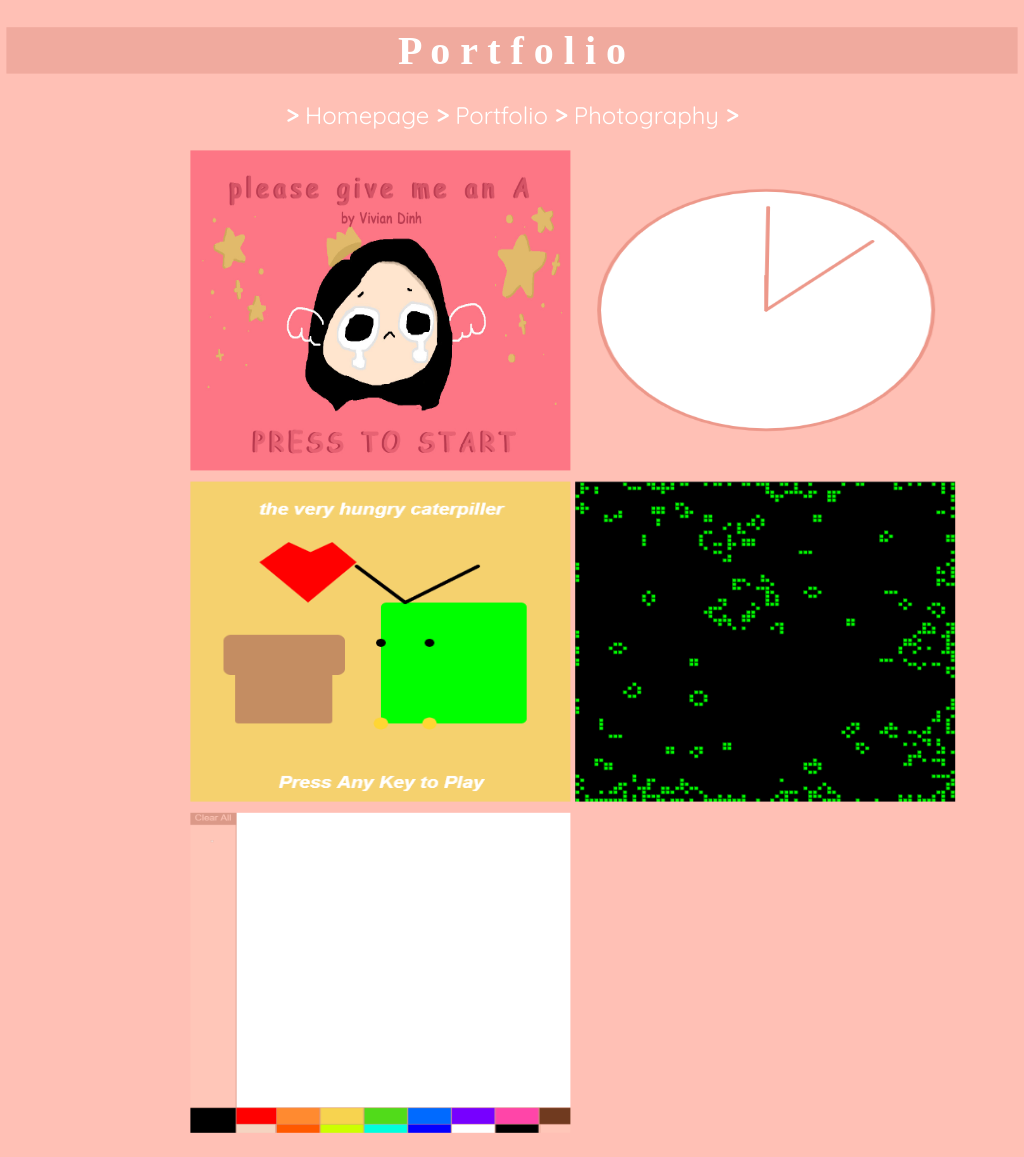
Repository: VivianVDinh/VivianVDinh.github.io
Page: projects.html
The author's editor kept a record of every edit. The page is drawn from the files as they stood at one moment, then again after the next edit.
The browser window is 1280 px wide. The pictures show the whole page, at 80% of full size.
Some web fonts or font styles are not loaded; a fallback is used.

Above is the page before.

### projects.html
<!DOCTYPE html>
<head>
        <link rel="icon" type ="image/png" href="https://i.pinimg.com/originals/df/4a/2b/df4a2b66a2f10b898e36772e7d087e24.jpg">
        <title>ᕕ( ᐛ )ᕗ</title>
        <link href="https://fonts.googleapis.com/css?family=Mrs+Sheppards&display=swap" rel="stylesheet">
        <link href="https://fonts.googleapis.com/css?family=Quicksand&display=swap" rel="stylesheet">
        <link href="https://fonts.googleapis.com/css?family=Homemade+Apple&display=swap" rel="stylesheet">
        <link rel="stylesheet" type="text/css" href="style.css">
        <style type="text/css">
            A:link { COLOR: white; TEXT-DECORATION: none; font-weight: normal }
            A:visited { COLOR:white; TEXT-DECORATION: none; font-weight: 100}
            A:active { COLOR: white; TEXT-DECORATION: none }
            A:hover { COLOR:#f0aa9e; TEXT-DECORATION: none; font-weight:100}
        </style>
</head>
<body>
<header>
        <h1 class="poop">P o r t f o l i o</h1>
    </header>
    <p>
       <h2 class="navbar">
       >
       <a href = "./index.html">
            Homepage
        </a>
        >
        <a href = "./projects.html">
            Portfolio
        </a>
        >
        <a href = "./photos.html">
            Photography
        </a>
        >
        </h2>
    </p>
    <p style = "margin-left:230px;">
        <a href = "./flappyBird.html">
           <img src = "./img/poopNachos.jpg">
        </a>
        <a href = "./tikTok.html">
            <img src = "./img/clock.png">
        </a>
        <a href = "./snek.html">
            <img src ="./img/snakey.png"
        </a>
        <a href = "./lifetheboardgame.html">
            <img src = "./img/life.png"
            </a>
        <a href = "./drawingapp.html">
            <img src = "./img/drawing.png">
        </a>
    </p>
    <style>
        img{
            height:400px;
            width:475px;
        }
    </style>
</body>

### style.css
header{
    background-color:#f0aa9e;
    }
body{
    background-color:#ffc0b5;
    font-family: 'Homemade Apple', cursive;
    }
.poop{
    font-family: 'Mrs Sheppards', cursive;
    color:white;
    font-size:50px;
    text-align:center;
    }
.navbar{
    font-family: 'Quicksand', sans-serif;
    text-align: center;
    color:white;
    font-size:30px;
    }
#movedown{
    position: relative;
    }
#gamer{
    position: relative;
    left:50px;
    }
#border{
    border-color:#f0aa9e;
    border-left-style:solid;
    border-left-width:15px;
    border-bottom-color:#f0aa9e;
    border-bottom-style:solid;
    border-bottom-width:7px;
    }
.winkwonk{
    font-family: 'Homemade Apple', cursive;
    color:white;
    position: relative;
    margin-left:75px;
    text-shadow: 5px 1px #f0aa9e;
    font-size:25px;
    }
.greeting{
    color:white;
    position: relative;
    text-shadow: 5px 1px #f0aa9e;
    text-align:center;
}
#me{
    text-align:center;
    font-family: 'Homemade Apple', cursive;
    color:white;
    position: relative;
    text-shadow: 5px 1px #f0aa9e;
}

.woah{
    font-family: 'Homemade Apple', cursive;
    color:white;
    position: relative;
    text-shadow: 5px 1px #f0aa9e;
    font-size:25px;
    margin-left:570px;
}
.wack{
    font-family: 'Homemade Apple', cursive;
    color:white;
    position: relative;
    text-shadow: 5px 1px #f0aa9e;
    font-size:25px;
    margin-left:550px;
}
#news{
    margin-left:2000px;
    position:relative;
    top:100px;
}
#reee{
    position:relative;
    bottom:220px;
    left:50px;

}
#bg{
    background-color:#f0aa9e;
}
.wow{
            padding: 0;
            margin: 0;
}
.fit { /* set relative picture size */
            max-width: 100%;
            max-height: 100%;
}
.center {
            display: block;
            margin: auto;
        }

After the next edit:
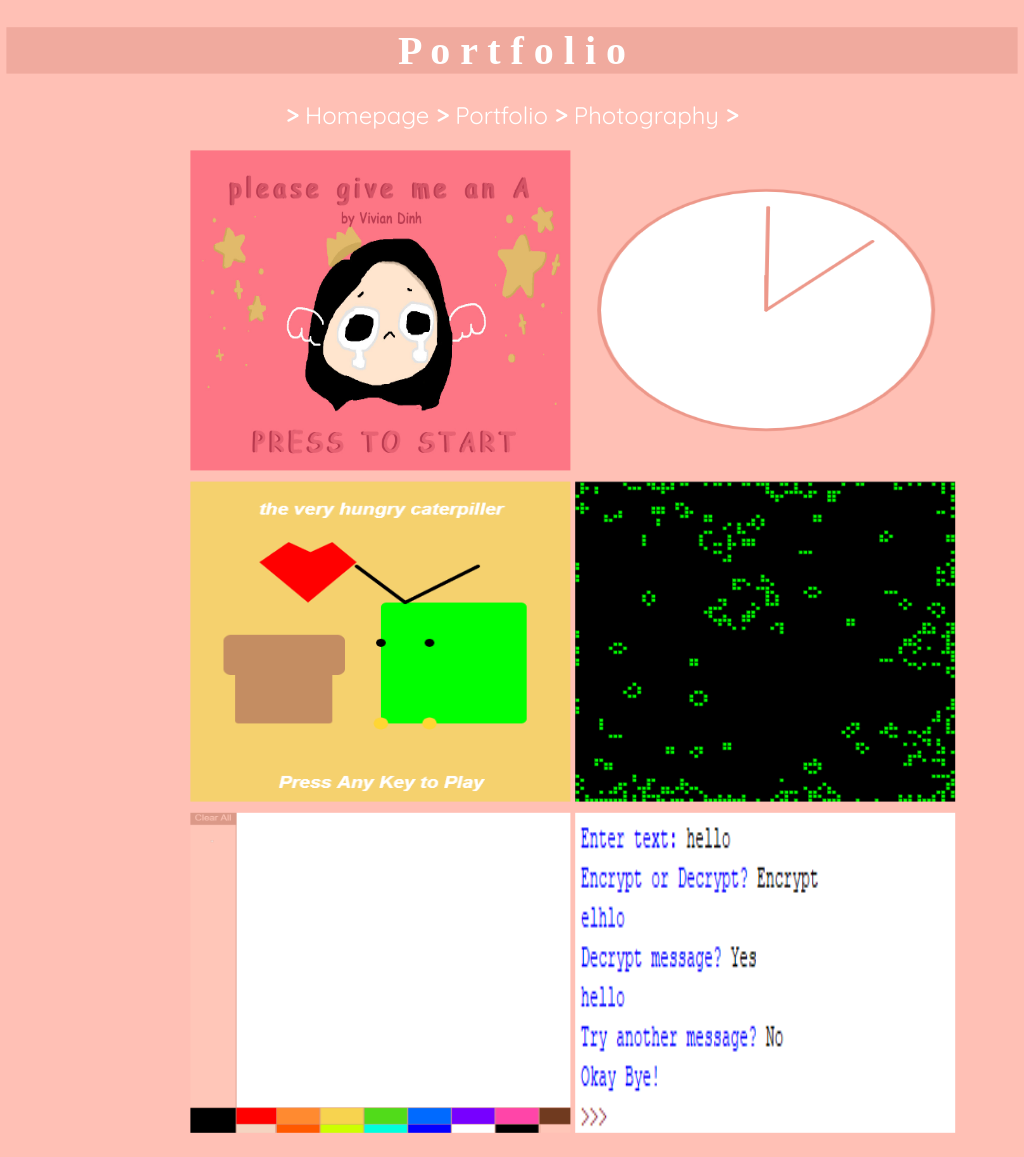
The edit:
--- a/projects.html
+++ b/projects.html
@@ -50,6 +50,9 @@
         <a href = "./drawingapp.html">
             <img src = "./img/drawing.png">
         </a>
+        <a href = "./decrypt.html">
+            <img src = "./img/railcipher.png">
+        </a>
     </p>
     <style>
         img{
